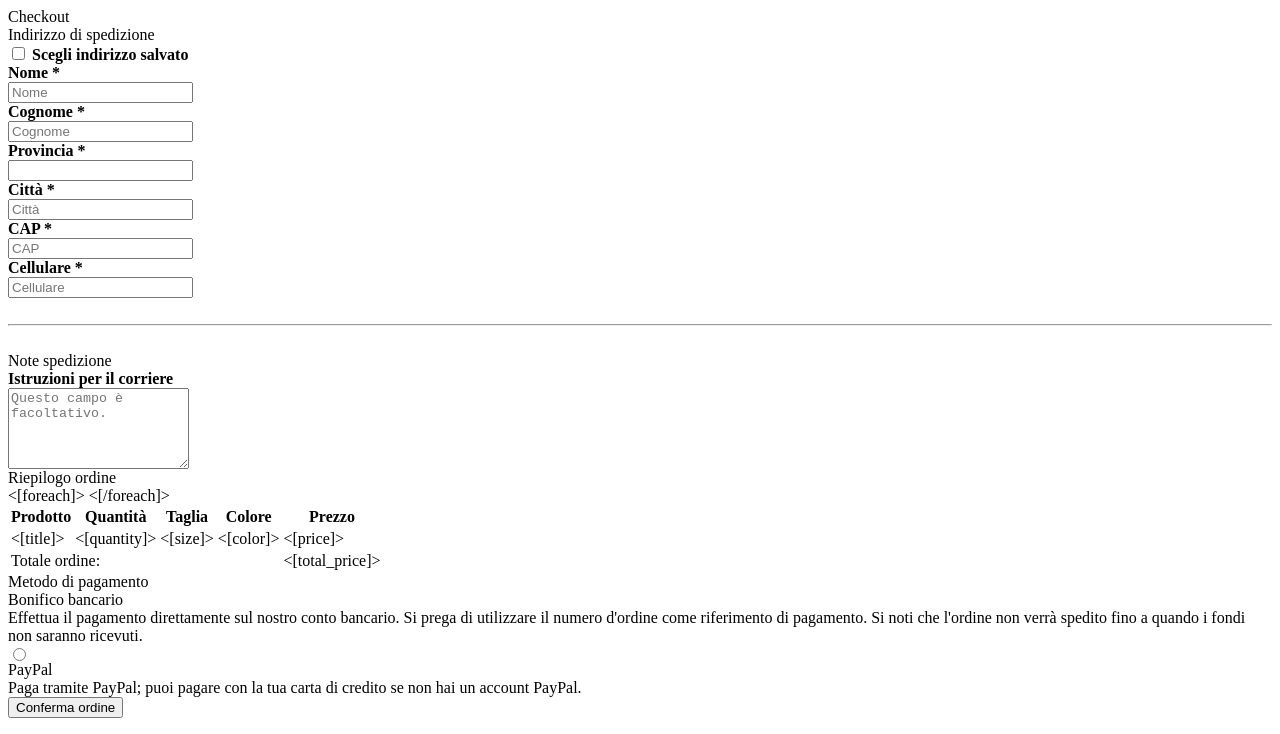
Repository: i4c0ni99/MotorShop
Page: skins/motor-html-package/motor/checkout.html
An editor plug-in stored every save of this project. The page is shown before and after a run of saves, followed by the edit.
The browser window is 1280 px wide. The pictures show the whole page.

Above is the page before, as saved 2024-10-21 17:51:06.

### skins/motor-html-package/motor/checkout.html
<section class="main-banner mv-wrap">
  <div data-image-src="images/background/demo_bg_1920x1680.png" class="mv-banner-style-1 mv-bg-overlay-dark overlay-0-85 mv-parallax">
    <div class="page-name mv-caption-style-6">
      <div class="container">
        <div class="mv-title-style-9"><span class="main">Checkout</span></div>
      </div>
    </div>
  </div>
</section>
<!-- .main-banner-->
<section class="mv-main-body checkout-main mv-bg-gray mv-wrap">
  <div class="container">
    <form method="post" action="checkout.php">
      <div class="checkout-block block-billing-address mv-mb-50">
        <div class="mv-form-style-2 mv-box-shadow-gray-1">
          <div class="row">
            <div class="col-sm-6 col-billing-address">
              <div class="form-billing-address">
                <div class="form-header">
                  <div class="mv-title-style-13">
                    <div class="text-main">Indirizzo di spedizione</div>
                  </div>
                </div>
                <!-- .form-header-->
                <div class="form-body">
                  <div class="mv-form-group">
                    <label class="mv-checkbox mv-checkbox-style-1">
                      <input type="checkbox" class="hidden checkbox-different-address" name="address_list" id="choose-saved-address"/><span class="checkbox-after-input"><span class="checkbox-visual-box">
                      <span class="icon-checked fa fa-check"></span></span><span class="checkbox-text"><strong>Scegli indirizzo salvato</strong></span></span>
                    </label>
                  </div>
                  <!-- Tabella indirizzi salvati -->
                  <div id="saved-addresses-table" style="display: none;">
                    <br>
                    <h3><b>Indirizzi salvati:</b></h3>
                    <br>
                    <div class="table-responsive table-desi">
                      <table class="all-package coupon-table table table-striped">
                        <thead>
                          <tr>
                            <th>Scegli</th>
                            <th>Nome</th>
                            <th>Cognome</th>
                            <th>Cellulare</th>
                            <th>Provincia</th>
                            <th>Città</th>
                            <th>Indirizzo</th>
                            <th>CAP</th>
                          </tr>
                        </thead>
                        <tbody>
                          <[foreach]>
                          <tr data-row-id="<[id]>">
                            <td>
                              <input class="checkbox_animated check-it" type="radio" name="address_list" value="<[id]>">
                            </td>
                            <td><[ADname]></td>
                            <td><[ADsurname]></td>
                            <td><[ADphone]></td>
                            <td><[ADprovince]></td>
                            <td><[ADcity]></td>
                            <td><[ADstreetAddress]></td>
                            <td><[ADcap]></td>
                          </tr>
                          <[/foreach]>
                        </tbody>
                      </table>
                    </div>
                  </div>
                  <div class="mv-form-group">
                    <div class="row">
                      <div class="col-sm-6">
                        <div class="mv-label"> <strong class="text-uppercase">Nome <span class="mv-color-primary">*</span></strong></div>
                        <div class="mv-field">
                          <input type="text" placeholder="Nome" name="first_name" minlength="2" class="mv-inputbox mv-inputbox-style-2"/>
                        </div>
                      </div>
                      <div class="col-sm-6">
                        <div class="mv-label"> <strong class="text-uppercase">Cognome <span class="mv-color-primary">*</span></strong></div>
                        <div class="mv-field">
                          <input type="text" placeholder="Cognome" name="last_name" minlength="2" class="mv-inputbox mv-inputbox-style-2"/>
                        </div>
                      </div>
                    </div>
                  </div>
                  <div class="mv-form-group">
                    <div class="mv-label"> <strong class="text-uppercase">Provincia <span class="mv-color-primary">*</span></strong></div>
                    <div class="mv-field">
                      <input type="text" id="province" name="province" minlength="2" class="mv-inputbox mv-inputbox-style-2">
                    </div>
                  </div>
                  <div class="mv-form-group">
                    <div class="mv-label"> <strong class="text-uppercase">Città <span class="mv-color-primary">*</span></strong></div>
                    <div class="mv-field">
                      <input type="text" placeholder="Città" name="city" minlength="2" class="mv-inputbox mv-inputbox-style-2"/>
                    </div>
                  </div>
                  <div class="mv-form-group">
                    <div class="mv-label"> <strong class="text-uppercase">CAP <span class="mv-color-primary">*</span></strong></div>
                    <div class="mv-field">
                      <input type="text" placeholder="CAP" name="zip_code" pattern="[0-9]{5}" class="mv-inputbox mv-inputbox-style-2"/>
                    </div>
                  </div>
                  <div class="mv-form-group">
                    <div class="mv-label"> <strong class="text-uppercase">Cellulare <span class="mv-color-primary">*</span></strong></div>
                    <div class="mv-field">
                      <input type="text" placeholder="Cellulare" name="phone" pattern="[3]{1}[0-9]{9}" minlength="10" class="mv-inputbox mv-inputbox-style-2"/>
                    </div>
                  </div>
                </div>
                <!-- .form-body-->
              </div>
              <!-- .form-billing-address-->
            </div>
            <br>
            <hr>
            <br>
            <div class="col-sm-6 col-shipping-address">
              <div class="form-different-address">
                <div class="form-header">
                  <div class="mv-title-style-13">
                    <div class="text-main">Note spedizione</div>
                  </div>
                </div>
                <div class="mv-form-group">
                  <div class="mv-label"> <strong class="text-uppercase">Istruzioni per il corriere</strong></div>
                  <div class="mv-field">
                    <textarea name="order_details" rows="5" placeholder="Questo campo è facoltativo." data-mv-placeholder="Questo campo è facoltativo." class="mv-inputbox mv-inputbox-style-2 mv-resize-vertical"></textarea>
                  </div>
                </div>
                <!-- .form-body-->
              </div>
              <!-- .form-shipping-address-->
            </div>
          </div>
        </div>
      </div>
      <!-- .block-billing-address-->
      <div class="checkout-block block-coupon-code">
        <div class="row">

          <div class="col-xs-12 col-sm-12 col-md-8 col-coupon-code mv-mb-50">
            <div class="mv-well-style-2 mv-box-shadow-gray-1 mv-bg-white">
              <div class="well--header">
                <div class="mv-title-style-13">
                  <div class="text-main">Riepilogo ordine</div>
                </div>
              </div>
              <div class="well-2-body">
                <table class="mv-table-style-1">
                  <thead>
                    <tr>
                      <th class="text-uppercase">Prodotto</th>
                      <th class="text-uppercase">Quantità</th>
                      <th class="text-uppercase">Taglia</th>
                      <th class="text-uppercase">Colore</th>
                      <th class="text-uppercase">Prezzo</th>
                    </tr>
                  </thead>
                  <tbody>
                    <[foreach]>
                      <tr>
                        <td><[title]></td>
                        <td><[quantity]></td>
                        <td><[size]></td>
                        <td><[color]></td>
                        <td><[price]></td>
                      </tr>
                    <[/foreach]>
                  </tbody>
                  <tfoot>
                    <tr>
                      <td colspan="4" class="text-uppercase">Totale ordine:</td>
                      <td class="text-uppercase"><[total_price]></td>
                    </tr>
                  </tfoot>
                </table>
              </div>
            </div>
          </div>

          <div class="col-xs-12 col-sm-12 col-md-4 col-cart-totals mv-mb-50">
            <div class="mv-well-style-2 mv-box-shadow-gray-1 mv-bg-white">
              <div class="well-2-header">
                <div class="mv-title-style-13">
                  <div class="text-main">Metodo di pagamento</div>
                </div>
              </div>
              <div class="well-2-body">
                <div class="mv-block-style-38">
                  <div class="block-38-list method-payment-list">
                    <div class="item">
                      <label class="block-38-header mv-btn mv-btn-style-4 btn-choose-method"><span class="block-38-visual-box"><span class="icon-checked"></span>
                      </span><span class="block-38-title"><span class="title-text">Bonifico bancario</span></span><span class="block-38-minus-plus fa fa-plus"></span></label>
                      <div class="block-38-body">
                        <div class="block-38-content">Effettua il pagamento direttamente sul nostro conto bancario.
                          Si prega di utilizzare il numero d'ordine come riferimento di pagamento.
                          Si noti che l'ordine non verrà spedito fino a quando i fondi non saranno ricevuti.</div>
                      </div>
                      <input type="radio" name="payment_method" value="Bonifico bancario" class="hidden">
                    </div>
                    <div class="item">
                      <label class="block-38-header mv-btn mv-btn-style-4 btn-choose-method"><span class="block-38-visual-box"><span class="icon-checked"></span>
                      </span><span class="block-38-title"><span class="title-text">PayPal</span></span><span class="block-38-minus-plus fa fa-plus"></span></label>
                      <div class="block-38-body">
                        <div class="block-38-content">Paga tramite PayPal; puoi pagare con la tua carta di credito se non hai un account PayPal.</div>
                      </div>
                      <input type="hidden" name="payment_method" value="PayPal">
                    </div>
                  </div>
                </div>
                <input type="hidden" name="payment_method" id="payment_method" value="Bonifico Bancario">
              </div>
            </div>
          </div>

        </div>
      </div>
      <div class="checkout-block block-confirm-order mv-mb-50">
        <div class="row">
          <div class="col-xs-12 col-sm-12 col-md-4 col-confirm-order mv-mb-50">
            <div class="mv-well-style-2 mv-box-shadow-gray-1 mv-bg-white">
              <div class="well-2-body">
                <button type="submit" class="mv-btn mv-btn-style-5 btn-5-h-45 responsive-btn-5-type-1 btn-confirm-order">Conferma ordine</button>
              </div>
            </div>
          </div>
        </div>
      </div>
    </form>
  </div>
</section>

<script>
  document.addEventListener('DOMContentLoaded', function() {
    var checkbox = document.getElementById('choose-saved-address');
    var table = document.getElementById('saved-addresses-table');
    var paymentMethods = document.querySelectorAll('.btn-choose-method');

    checkbox.addEventListener('change', function() {
      if (checkbox.checked) {
        table.style.display = 'block';
      } else {
        table.style.display = 'none';
      }
    });

    paymentMethods.forEach(function(method) {
      method.addEventListener('click', function() {
        paymentMethods.forEach(function(m) {
          m.classList.remove('selected');
        });
        this.classList.add('selected');
        var input = this.querySelector('input[type="radio"]');
        input.checked = true;
        document.getElementById('payment_method_input').value = input.value;
      });
    });
  });
</script>

After the next 3 saves:
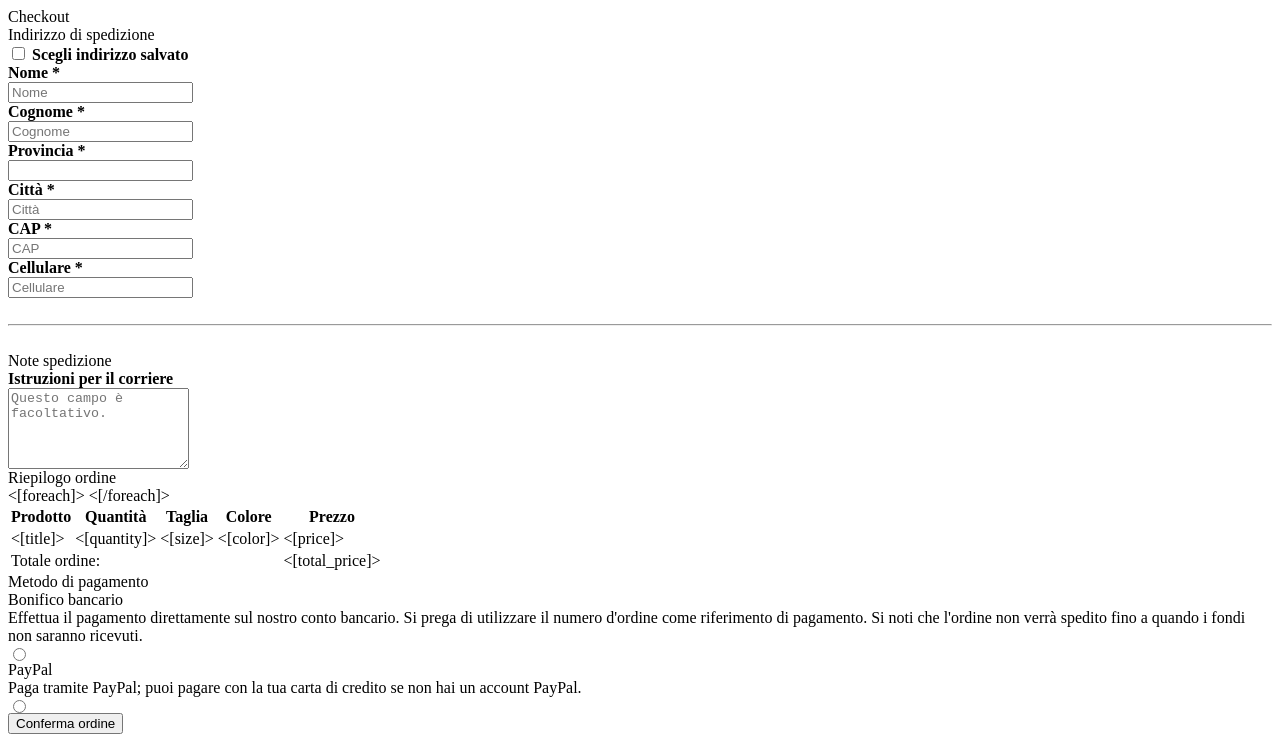
The 3 saves are shown as one change because they came seconds apart.
The last was saved 3 min 35 s later.
--- a/skins/motor-html-package/motor/checkout.html
+++ b/skins/motor-html-package/motor/checkout.html
@@ -205,7 +205,7 @@
                       <div class="block-38-body">
                         <div class="block-38-content">Paga tramite PayPal; puoi pagare con la tua carta di credito se non hai un account PayPal.</div>
                       </div>
-                      <input type="hidden" name="payment_method" value="PayPal">
+                      <input type="radio" name="payment_method" value="PayPal" class="hidden">
                     </div>
                   </div>
                 </div>
